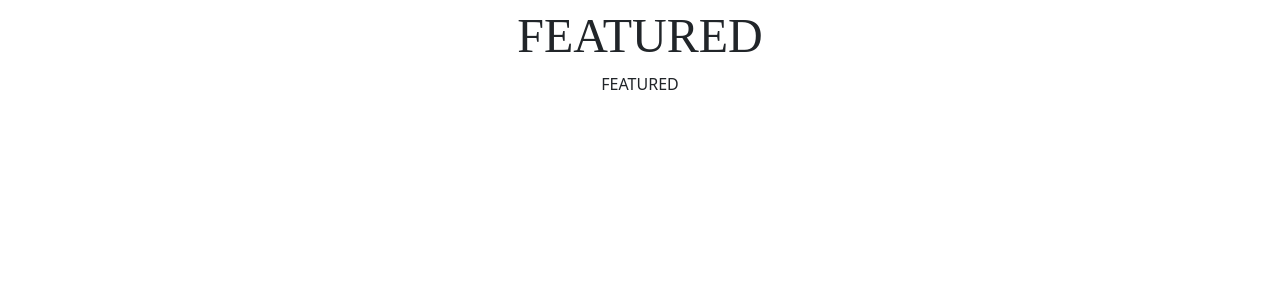
Repository: go23rishu/BagsWebsite
Page: home.html
The author's editor kept a copy of each file at every save. The page is drawn from the files as they stood at one save, then again after the next save.
The browser window is 1280 px wide. The pictures show the whole page.
Some web fonts or font styles are not loaded; a fallback is used. Some web libraries are served in a nearby version.

Above is the page before, as saved 2023-06-21 15:14:52.

After the next save:
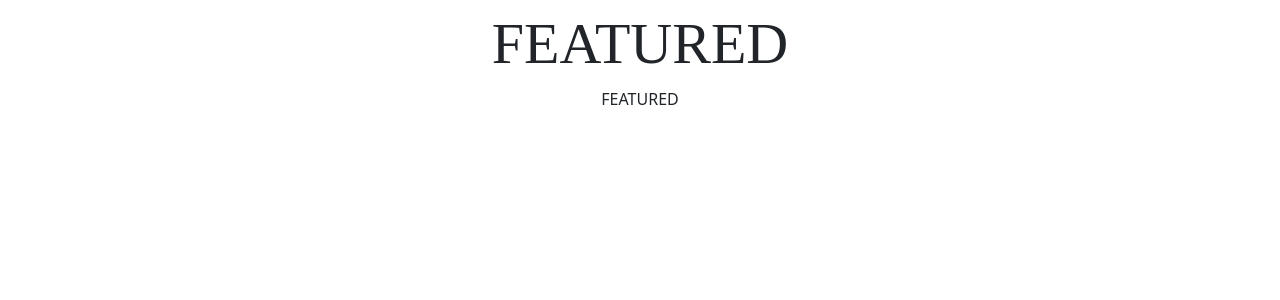
Saved 7 s later.
--- a/home.css
+++ b/home.css
@@ -34,5 +34,5 @@
 }
 .home-featured span {
   font-family: "Kopub";
-  font-size: 48px;
+  font-size: 58px;
 }
